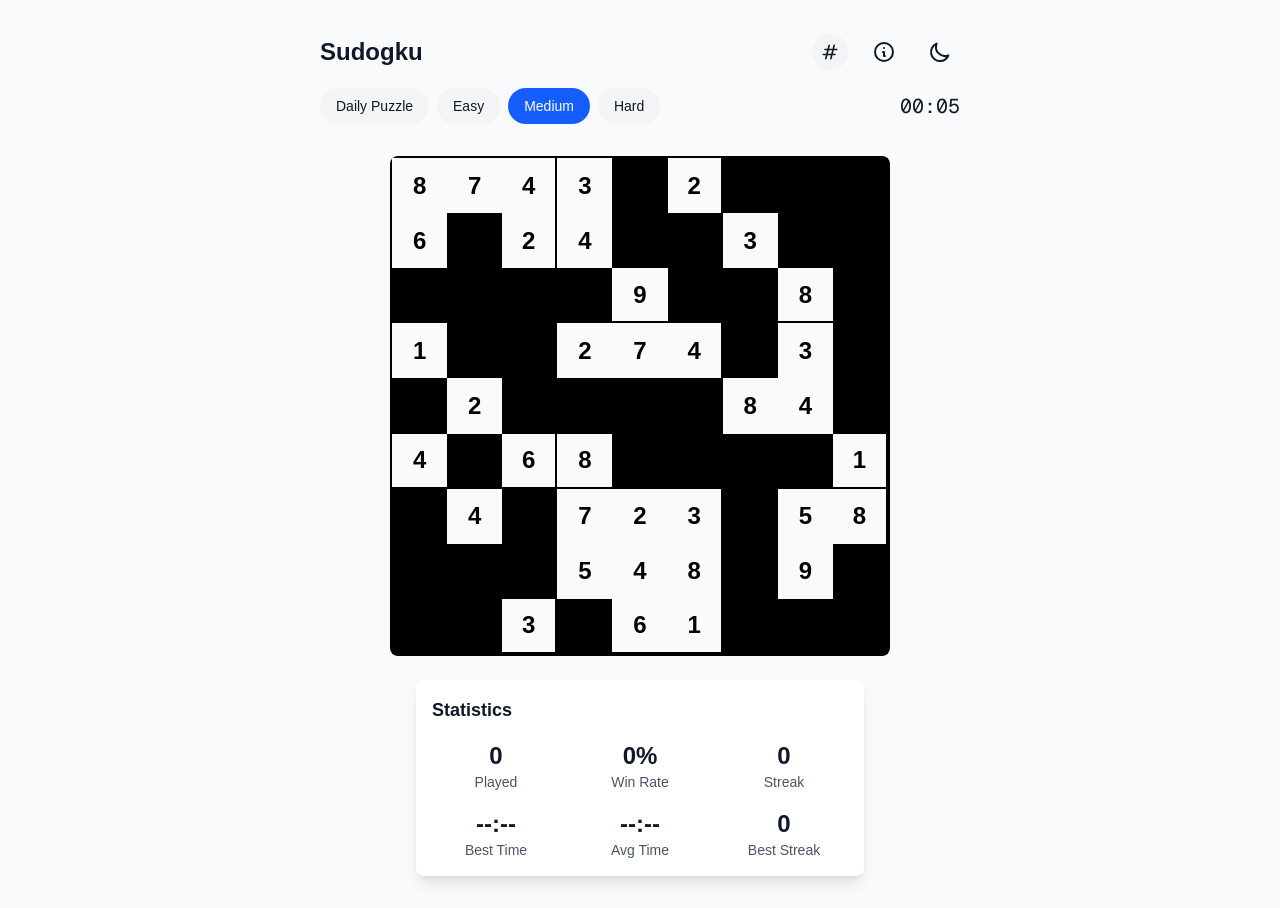
Repository: JavierSilvaF/sudogku
Page: / (app in sudogku-app/)
These files come from the project's save history. The page is drawn as it stood at one moment and after the next save; the edit follows.
The browser window is 1280 px wide. The pictures show the whole page.
The project was rebuilt for these pictures with package versions that can differ from the ones it lists, and the page was loaded fresh each time. The framework's server and built-in components were replaced by stand-ins that run in the browser. Also part of the build but not shown: sudogku-app/next.config.mjs, sudogku-app/next.config.ts, sudogku-app/src/utils/dogImages.tsx.

Above is the page before, as saved 2025-04-06 03:13:49.

### sudogku-app/src/app/page.tsx
'use client'

import { ThemeProvider } from 'next-themes'
import { GameProvider } from '@/context/GameContext'
import Header from '@/components/Header'
import GameBoard from '@/components/GameBoard'
import NumberPad from '@/components/NumberPad'
import Victory from '@/components/Victory'
import Stats from '@/components/Stats'

export default function Home() {
  return (
    <ThemeProvider attribute='class'>
      <GameProvider>
        <div className='min-h-screen bg-gray-50 dark:bg-gray-900 text-gray-900 dark:text-gray-50'>
          <div className='max-w-2xl mx-auto px-4 py-8 pb-32 sm:pb-8'>
            <Header />
            <main className='flex flex-col items-center gap-6'>
              <GameBoard />
              <Stats />
            </main>
          </div>
          <NumberPad />
          <Victory />
        </div>
      </GameProvider>
    </ThemeProvider>
  )
}

### sudogku-app/src/components/GameBoard.tsx
import { useGame } from '@/context/GameContext'
import { motion } from 'framer-motion'
import { useState, useEffect } from 'react'
import { DogImage } from '@/utils/dogImages'

export default function GameBoard() {
  const {
    board,
    initialBoard,
    pencilMarks,
    setCellValue,
    togglePencilMark,
    selectedCell,
    setSelectedCell,
    solution,
    displayMode,
  } = useGame()
  const [isPencilMode, setIsPencilMode] = useState(false)
  const [errors, setErrors] = useState<Set<string>>(new Set())

  // Get related cells (same row, column, box, or same number)
  const getRelatedCells = (row: number, col: number): [number, number][] => {
    const related: [number, number][] = []
    const selectedValue = board[row][col]

    // Same row
    for (let c = 0; c < 9; c++) {
      if (c !== col) related.push([row, c])
    }

    // Same column
    for (let r = 0; r < 9; r++) {
      if (r !== row) related.push([r, col])
    }

    // Same 3x3 box
    const boxRow = Math.floor(row / 3) * 3
    const boxCol = Math.floor(col / 3) * 3
    for (let r = boxRow; r < boxRow + 3; r++) {
      for (let c = boxCol; c < boxCol + 3; c++) {
        if (r !== row || c !== col) related.push([r, c])
      }
    }

    // Same number
    if (selectedValue) {
      for (let r = 0; r < 9; r++) {
        for (let c = 0; c < 9; c++) {
          if ((r !== row || c !== col) && board[r][c] === selectedValue) {
            related.push([r, c])
          }
        }
      }
    }

    return related
  }

  // Check for errors in the current cell
  const checkCellError = (row: number, col: number): boolean => {
    if (!board[row][col]) return false
    return board[row][col] !== solution[row][col]
  }

  // Update errors when board changes
  useEffect(() => {
    const newErrors = new Set<string>()
    for (let row = 0; row < 9; row++) {
      for (let col = 0; col < 9; col++) {
        if (checkCellError(row, col)) {
          newErrors.add(`${row}-${col}`)
        }
      }
    }
    setErrors(newErrors)
  }, [board, solution])

  // Keyboard controls
  useEffect(() => {
    const handleKeyDown = (e: KeyboardEvent) => {
      if (!selectedCell) return

      const [row, col] = selectedCell

      if (e.key === 'p') {
        setIsPencilMode((prev) => !prev)
        return
      }

      if (e.key >= '1' && e.key <= '9') {
        const num = parseInt(e.key)
        if (isPencilMode) {
          togglePencilMark(row, col, num)
        } else {
          setCellValue(row, col, num)
        }
      }

      if (e.key === 'Delete' || e.key === 'Backspace') {
        setCellValue(row, col, null)
      }

      if (e.key.startsWith('Arrow')) {
        e.preventDefault()
        const newPosition = {
          ArrowUp: [Math.max(0, row - 1), col],
          ArrowDown: [Math.min(8, row + 1), col],
          ArrowLeft: [row, Math.max(0, col - 1)],
          ArrowRight: [row, Math.min(8, col + 1)],
        }[e.key] as [number, number]
        setSelectedCell(newPosition)
      }
    }

    window.addEventListener('keydown', handleKeyDown)
    return () => window.removeEventListener('keydown', handleKeyDown)
  }, [selectedCell, isPencilMode])

  const relatedCells = selectedCell ? getRelatedCells(...selectedCell) : []
  const relatedCellsSet = new Set(relatedCells.map(([r, c]) => `${r}-${c}`))

  const handleCellClick = (row: number, col: number) => {
    setSelectedCell([row, col])
  }

  const isRelatedCell = (
    selectedCell: [number, number] | null,
    row: number,
    col: number
  ): boolean => {
    if (!selectedCell) return false
    const [selectedRow, selectedCol] = selectedCell
    return (
      selectedRow === row ||
      selectedCol === col ||
      (Math.floor(selectedRow / 3) === Math.floor(row / 3) &&
        Math.floor(selectedCol / 3) === Math.floor(col / 3))
    )
  }

  return (
    <div className='w-full max-w-[500px] mx-auto'>
      <div className='grid grid-cols-9 gap-0 bg-black dark:bg-black p-0.5 rounded-lg'>
        {board.map((row, rowIndex) =>
          row.map((cell, colIndex) => {
            const isSelected =
              selectedCell &&
              selectedCell[0] === rowIndex &&
              selectedCell[1] === colIndex
            const isRelated = isRelatedCell(selectedCell, rowIndex, colIndex)
            const hasError =
              cell !== null && cell !== solution[rowIndex][colIndex]
            const isInitial = initialBoard[rowIndex][colIndex] !== null

            return (
              <motion.button
                key={`${rowIndex}-${colIndex}`}
                className={`relative aspect-square w-full flex items-center justify-center text-2xl font-bold cursor-pointer select-none ${
                  isSelected
                    ? 'bg-gray-300 dark:bg-gray-500 border-2 border-blue-500'
                    : isRelated
                    ? 'bg-blue-100 dark:bg-blue-900'
                    : isInitial
                    ? 'bg-gray-50 dark:bg-gray-800'
                    : ''
                } ${
                  colIndex % 3 === 2
                    ? 'border-r-2 border-black dark:border-white'
                    : ''
                } ${
                  rowIndex % 3 === 2
                    ? 'border-b-2 border-black dark:border-white'
                    : ''
                } ${
                  hasError && !isInitial
                    ? 'text-red-500 dark:text-red-400'
                    : isInitial
                    ? 'text-black dark:text-white'
                    : ''
                }`}
                onClick={() => handleCellClick(rowIndex, colIndex)}
                whileTap={{ scale: 0.95 }}
              >
                {cell !== null ? (
                  displayMode === 'dogs' ? (
                    <div className='w-full h-full flex items-center justify-center'>
                      <DogImage number={cell} />
                    </div>
                  ) : (
                    <span>{cell}</span>
                  )
                ) : null}
              </motion.button>
            )
          })
        )}
      </div>
    </div>
  )
}

### sudogku-app/src/components/NumberPad.tsx
import { motion } from 'framer-motion'
import { useGame } from '@/context/GameContext'
import { DogImage } from '@/utils/dogImages'

export default function NumberPad() {
  const {
    selectedCell,
    setCellValue,
    togglePencilMark,
    isPencilMode,
    displayMode,
  } = useGame()

  const handleNumberClick = (number: number) => {
    if (!selectedCell) return

    if (isPencilMode) {
      togglePencilMark(selectedCell[0], selectedCell[1], number)
    } else {
      setCellValue(selectedCell[0], selectedCell[1], number)
    }
  }

  const handleErase = () => {
    if (!selectedCell) return
    setCellValue(selectedCell[0], selectedCell[1], null)
  }

  return (
    <div className='fixed bottom-0 left-0 right-0 bg-white dark:bg-gray-800 p-4 shadow-lg sm:hidden'>
      <div className='max-w-md mx-auto'>
        <div className='grid grid-cols-5 gap-2 mb-4'>
          {[1, 2, 3, 4, 5, 6, 7, 8, 9].map((number) => (
            <motion.button
              key={number}
              className='aspect-square w-full flex items-center justify-center bg-gray-100 dark:bg-gray-700 rounded-lg'
              onClick={() => handleNumberClick(number)}
              whileTap={{ scale: 0.95 }}
            >
              {displayMode === 'dogs' ? (
                <div className='w-full h-full flex items-center justify-center'>
                  <DogImage number={number} />
                </div>
              ) : (
                <span className='text-xl font-bold'>{number}</span>
              )}
            </motion.button>
          ))}
        </div>

        <div className='flex justify-center gap-2'>
          <motion.button
            className={`px-4 py-2 rounded-lg flex items-center gap-2 ${
              isPencilMode
                ? 'bg-blue-600 text-white'
                : 'bg-gray-100 dark:bg-gray-700'
            }`}
            onClick={() => {}}
            whileTap={{ scale: 0.95 }}
          >
            <svg
              className='w-5 h-5'
              fill='none'
              stroke='currentColor'
              viewBox='0 0 24 24'
            >
              <path
                strokeLinecap='round'
                strokeLinejoin='round'
                strokeWidth={2}
                d='M15.232 5.232l3.536 3.536m-2.036-5.036a2.5 2.5 0 113.536 3.536L6.5 21.036H3v-3.572L16.732 3.732z'
              />
            </svg>
            Pencil
          </motion.button>
          <motion.button
            className='px-4 py-2 rounded-lg bg-red-500 text-white font-medium flex items-center gap-2'
            onClick={handleErase}
            whileTap={{ scale: 0.95 }}
          >
            <svg
              className='w-5 h-5'
              fill='none'
              stroke='currentColor'
              viewBox='0 0 24 24'
            >
              <path
                strokeLinecap='round'
                strokeLinejoin='round'
                strokeWidth={2}
                d='M19 7l-.867 12.142A2 2 0 0116.138 21H7.862a2 2 0 01-1.995-1.858L5 7m5 4v6m4-6v6m1-10V4a1 1 0 00-1-1h-4a1 1 0 00-1 1v3M4 7h16'
              />
            </svg>
            Erase
          </motion.button>
        </div>
      </div>
    </div>
  )
}

### sudogku-app/src/components/Victory.tsx
import { motion, AnimatePresence } from 'framer-motion'
import { useGame } from '@/context/GameContext'

export default function Victory() {
  const { isComplete, timer, isDailyPuzzle } = useGame()

  const formatTime = (seconds: number) => {
    const mins = Math.floor(seconds / 60)
    const secs = seconds % 60
    return `${mins}:${secs.toString().padStart(2, '0')}`
  }

  return (
    <AnimatePresence>
      {isComplete && (
        <motion.div
          initial={{ opacity: 0, scale: 0.8 }}
          animate={{ opacity: 1, scale: 1 }}
          exit={{ opacity: 0, scale: 0.8 }}
          className='fixed inset-0 flex items-center justify-center bg-black/50 z-50 p-4'
        >
          <motion.div
            initial={{ y: 20 }}
            animate={{ y: 0 }}
            className='bg-white dark:bg-gray-800 rounded-lg p-6 max-w-sm w-full shadow-xl'
          >
            <h2 className='text-2xl font-bold mb-4 text-center'>
              🎉 Puzzle Complete! 🎉
            </h2>
            <div className='space-y-4'>
              <p className='text-center'>
                Time: <span className='font-mono'>{formatTime(timer)}</span>
              </p>
              {isDailyPuzzle && (
                <div className='text-center text-sm'>
                  Come back tomorrow for a new daily puzzle!
                </div>
              )}
              <motion.button
                whileHover={{ scale: 1.05 }}
                whileTap={{ scale: 0.95 }}
                className='w-full py-2 px-4 bg-blue-600 text-white rounded-full font-medium'
                onClick={() => window.location.reload()}
              >
                Play Again
              </motion.button>
            </div>
          </motion.div>
        </motion.div>
      )}
    </AnimatePresence>
  )
}

### sudogku-app/src/components/Stats.tsx
import { useState, useEffect } from 'react'
import { motion } from 'framer-motion'

interface Statistics {
  gamesPlayed: number
  gamesWon: number
  currentStreak: number
  bestStreak: number
  averageTime: number
  bestTime: number
}

export default function Stats() {
  const [stats, setStats] = useState<Statistics>({
    gamesPlayed: 0,
    gamesWon: 0,
    currentStreak: 0,
    bestStreak: 0,
    averageTime: 0,
    bestTime: 0,
  })

  useEffect(() => {
    // Load stats from localStorage
    const savedStats = localStorage.getItem('sudogku-stats')
    if (savedStats) {
      setStats(JSON.parse(savedStats))
    }
  }, [])

  const formatTime = (seconds: number) => {
    if (seconds === 0) return '--:--'
    const mins = Math.floor(seconds / 60)
    const secs = seconds % 60
    return `${mins.toString().padStart(2, '0')}:${secs
      .toString()
      .padStart(2, '0')}`
  }

  return (
    <motion.div
      initial={{ opacity: 0 }}
      animate={{ opacity: 1 }}
      className='w-full max-w-md bg-white dark:bg-gray-800 rounded-lg p-4 shadow-lg'
    >
      <h2 className='text-lg font-bold mb-4'>Statistics</h2>
      <div className='grid grid-cols-2 sm:grid-cols-3 gap-4'>
        <div className='text-center'>
          <div className='text-2xl font-bold'>{stats.gamesPlayed}</div>
          <div className='text-sm text-gray-600 dark:text-gray-400'>Played</div>
        </div>
        <div className='text-center'>
          <div className='text-2xl font-bold'>
            {stats.gamesPlayed
              ? Math.round((stats.gamesWon / stats.gamesPlayed) * 100)
              : 0}
            %
          </div>
          <div className='text-sm text-gray-600 dark:text-gray-400'>
            Win Rate
          </div>
        </div>
        <div className='text-center'>
          <div className='text-2xl font-bold'>{stats.currentStreak}</div>
          <div className='text-sm text-gray-600 dark:text-gray-400'>Streak</div>
        </div>
        <div className='text-center'>
          <div className='text-2xl font-bold'>{formatTime(stats.bestTime)}</div>
          <div className='text-sm text-gray-600 dark:text-gray-400'>
            Best Time
          </div>
        </div>
        <div className='text-center'>
          <div className='text-2xl font-bold'>
            {formatTime(stats.averageTime)}
          </div>
          <div className='text-sm text-gray-600 dark:text-gray-400'>
            Avg Time
          </div>
        </div>
        <div className='text-center'>
          <div className='text-2xl font-bold'>{stats.bestStreak}</div>
          <div className='text-sm text-gray-600 dark:text-gray-400'>
            Best Streak
          </div>
        </div>
      </div>
    </motion.div>
  )
}

### sudogku-app/src/utils/dailyPuzzle.ts
import { SudokuGenerator, Grid } from './sudoku';
import seedrandom from 'seedrandom';

export function getDailyPuzzleSeed() {
  const now = new Date();
  const year = now.getUTCFullYear();
  const month = now.getUTCMonth();
  const day = now.getUTCDate();
  return `${year}-${month}-${day}`;
}

export function generateDailyPuzzle(): { puzzle: Grid, solution: Grid } {
  const seed = getDailyPuzzleSeed();
  const generator = new SudokuGenerator();

  // Use the seed to generate a deterministic puzzle
  const seedNumber = Array.from(seed).reduce((acc, char) => acc + char.charCodeAt(0), 0);
  seedrandom(seedNumber.toString());

  return generator.generate('medium');
}

Loaded but not shown: sudogku-app/src/app/layout.tsx (common file); sudogku-app/src/app/globals.css (common file); sudogku-app/src/context/GameContext.tsx (317 lines, source omitted); sudogku-app/src/components/Header.tsx (185 lines, source omitted); sudogku-app/src/utils/sudoku.ts (138 lines, source omitted)

After the next save:
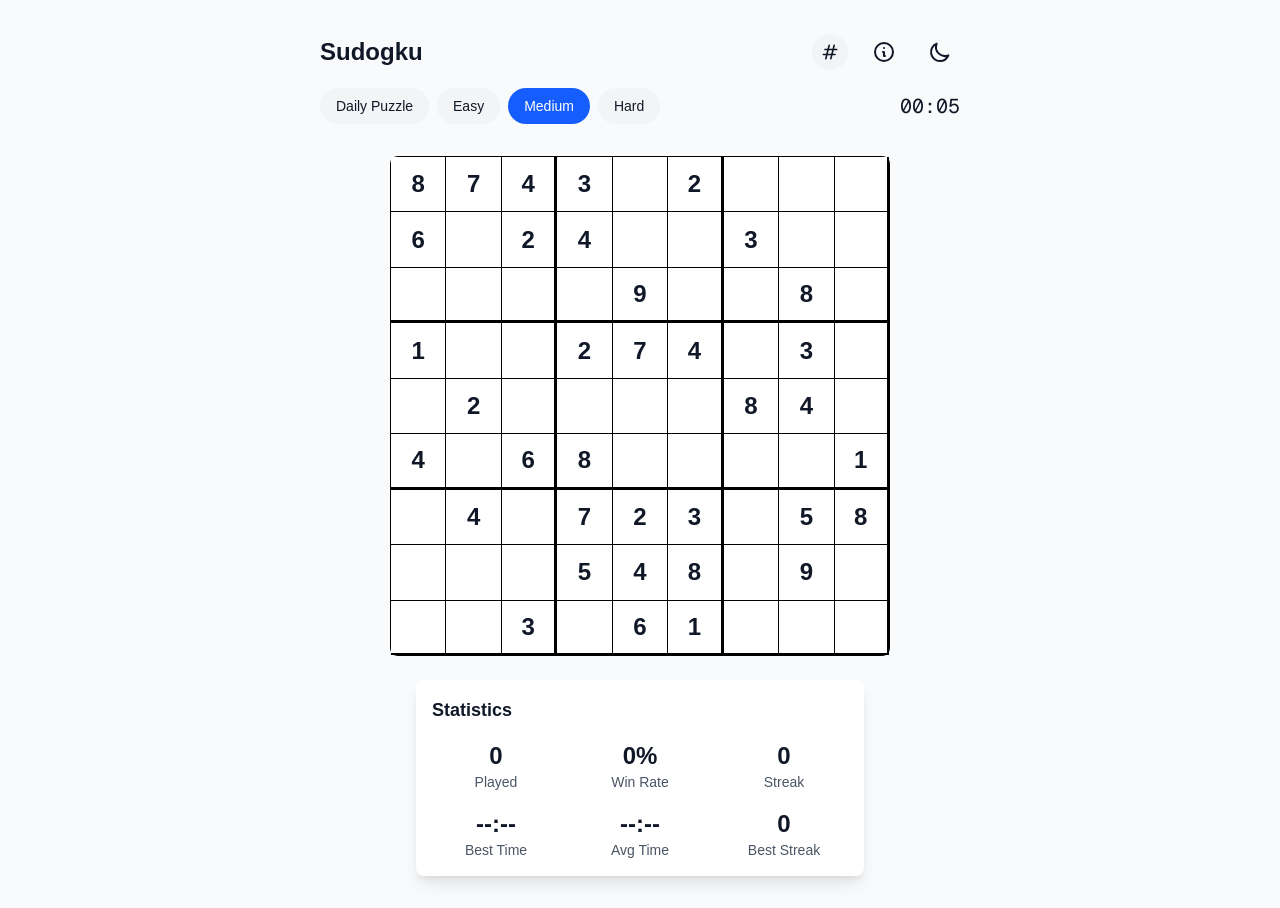
Saved 21 s later.
--- a/sudogku-app/src/components/GameBoard.tsx
+++ b/sudogku-app/src/components/GameBoard.tsx
@@ -123,61 +123,53 @@ export default function GameBoard() {
     setSelectedCell([row, col])
   }
 
-  const isRelatedCell = (
-    selectedCell: [number, number] | null,
-    row: number,
-    col: number
-  ): boolean => {
-    if (!selectedCell) return false
-    const [selectedRow, selectedCol] = selectedCell
-    return (
-      selectedRow === row ||
-      selectedCol === col ||
-      (Math.floor(selectedRow / 3) === Math.floor(row / 3) &&
-        Math.floor(selectedCol / 3) === Math.floor(col / 3))
-    )
-  }
-
   return (
     <div className='w-full max-w-[500px] mx-auto'>
-      <div className='grid grid-cols-9 gap-0 bg-black dark:bg-black p-0.5 rounded-lg'>
+      <div className='grid grid-cols-9 gap-[1px] bg-black dark:bg-black p-[1px] rounded-lg'>
         {board.map((row, rowIndex) =>
           row.map((cell, colIndex) => {
             const isSelected =
+              selectedCell?.[0] === rowIndex && selectedCell?.[1] === colIndex
+            const isRelated =
               selectedCell &&
-              selectedCell[0] === rowIndex &&
-              selectedCell[1] === colIndex
-            const isRelated = isRelatedCell(selectedCell, rowIndex, colIndex)
-            const hasError =
-              cell !== null && cell !== solution[rowIndex][colIndex]
-            const isInitial = initialBoard[rowIndex][colIndex] !== null
+              (selectedCell[0] === rowIndex ||
+                selectedCell[1] === colIndex ||
+                (Math.floor(selectedCell[0] / 3) === Math.floor(rowIndex / 3) &&
+                  Math.floor(selectedCell[1] / 3) === Math.floor(colIndex / 3)))
+            const cellPencilMarks = pencilMarks.get(`${rowIndex}-${colIndex}`)
+            const hasPencilMarks = cellPencilMarks && cellPencilMarks.size > 0
+            const hasError = errors.has(`${rowIndex}-${colIndex}`)
 
             return (
               <motion.button
                 key={`${rowIndex}-${colIndex}`}
-                className={`relative aspect-square w-full flex items-center justify-center text-2xl font-bold cursor-pointer select-none ${
-                  isSelected
-                    ? 'bg-gray-300 dark:bg-gray-500 border-2 border-blue-500'
-                    : isRelated
-                    ? 'bg-blue-100 dark:bg-blue-900'
-                    : isInitial
-                    ? 'bg-gray-50 dark:bg-gray-800'
-                    : ''
-                } ${
-                  colIndex % 3 === 2
-                    ? 'border-r-2 border-black dark:border-white'
-                    : ''
-                } ${
-                  rowIndex % 3 === 2
-                    ? 'border-b-2 border-black dark:border-white'
-                    : ''
-                } ${
-                  hasError && !isInitial
-                    ? 'text-red-500 dark:text-red-400'
-                    : isInitial
-                    ? 'text-black dark:text-white'
-                    : ''
-                }`}
+                className={`
+                  aspect-square w-full flex items-center justify-center text-2xl font-bold
+                  ${
+                    isSelected
+                      ? 'bg-gray-300 dark:bg-gray-500 border-2 border-blue-500'
+                      : ''
+                  }
+                  ${
+                    isRelated && !isSelected
+                      ? 'bg-blue-100 dark:bg-blue-900'
+                      : ''
+                  }
+                  ${
+                    !isSelected && !isRelated ? 'bg-white dark:bg-gray-800' : ''
+                  }
+                  ${
+                    colIndex % 3 === 2
+                      ? 'border-r-2 border-black dark:border-white'
+                      : ''
+                  }
+                  ${
+                    rowIndex % 3 === 2
+                      ? 'border-b-2 border-black dark:border-white'
+                      : ''
+                  }
+                  ${hasError ? 'text-red-500 dark:text-red-400' : ''}
+                `}
                 onClick={() => handleCellClick(rowIndex, colIndex)}
                 whileTap={{ scale: 0.95 }}
               >
@@ -189,6 +181,17 @@ export default function GameBoard() {
                   ) : (
                     <span>{cell}</span>
                   )
+                ) : hasPencilMarks ? (
+                  <div className='grid grid-cols-3 gap-0.5 w-full h-full text-xs'>
+                    {[1, 2, 3, 4, 5, 6, 7, 8, 9].map((num) => (
+                      <div
+                        key={num}
+                        className='flex items-center justify-center'
+                      >
+                        {cellPencilMarks?.has(num) && num}
+                      </div>
+                    ))}
+                  </div>
                 ) : null}
               </motion.button>
             )
